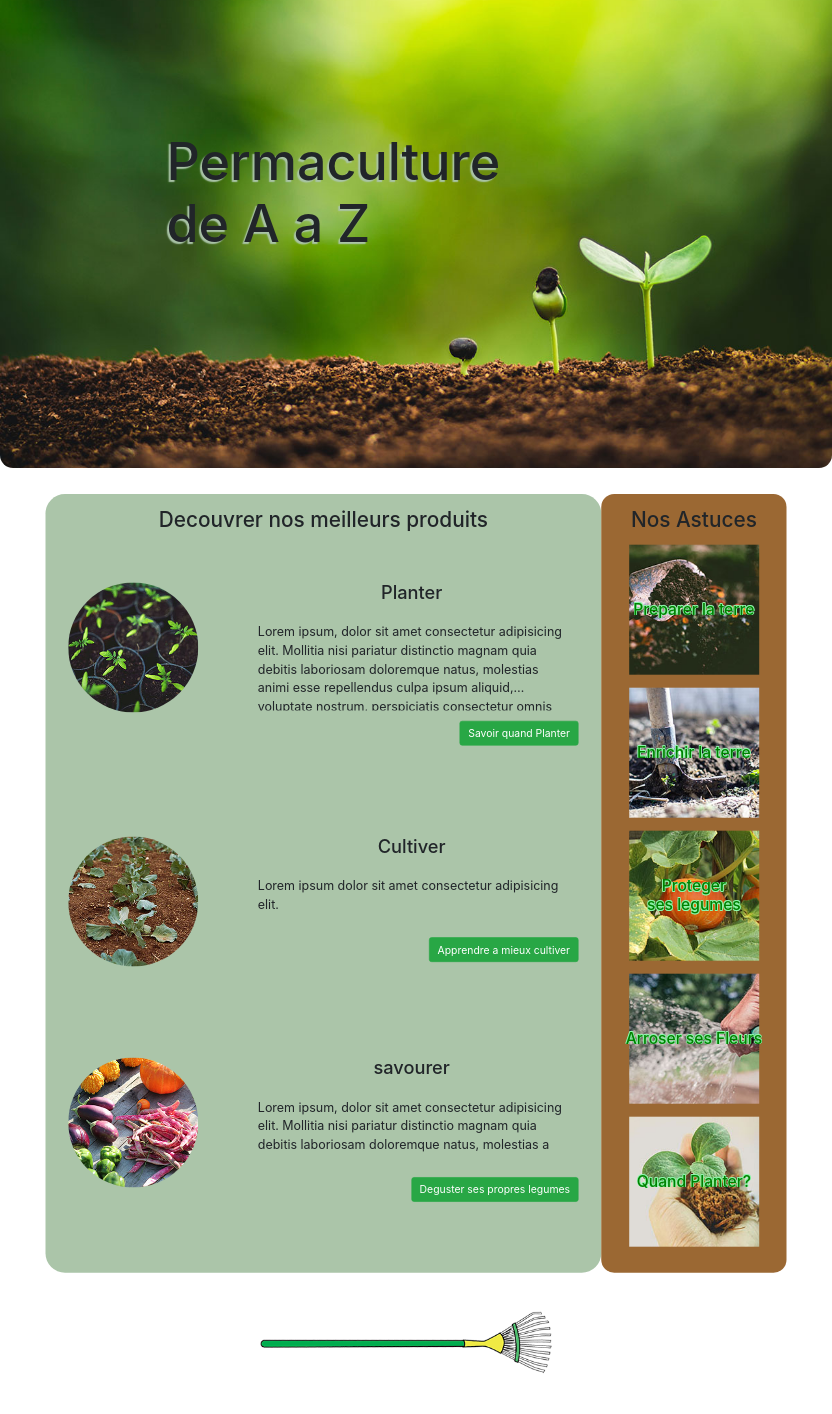
Repository: ahthionkevin/permaculture
Page: index.html
The author's editor kept a copy of each file at every save. The page is drawn from the files as they stood at one save, then again after the next save.
The browser window is 1280 px wide. The pictures show the whole page, at 65% of full size.
Backgrounds fixed to the window are drawn as part of the page.

Above is the page before, as saved 2021-07-06 23:34:17.

### index.html
<!DOCTYPE html>
<html lang="fr">
<head>
    <meta charset="UTF-8">
    <meta http-equiv="X-UA-Compatible" content="IE=edge">
    <meta name="viewport" content="width=device-width, initial-scale=1.0">
    <title>Document</title>
    <link rel="stylesheet" href="./bootstrap.css">
    <link rel="stylesheet" href="./style.css">
</head>
<body>
    <header>
        <h1>Permaculture <br>de A a Z</h1>
    </header>
    <div class="container">
        <div class="row">
            <div class="col-lg-9" id="leftPart">
                <h2>Decouvrer nos meilleurs produits</h2>
                <div class="container">
                    <div class="row element">
                        <div class="col-sm-4">
                            <img src="./media/planter.jpg" alt="planter">
                        </div>
                        <div class="col-sm-8">
                            <h3>Planter</h3>
                            <p>Lorem ipsum, dolor sit amet consectetur adipisicing elit. Mollitia nisi pariatur distinctio magnam quia debitis laboriosam doloremque natus, molestias animi esse repellendus culpa ipsum aliquid, voluptate nostrum, perspiciatis consectetur omnis ipsa beatae? Debitis commodi rem voluptatum porro illo accusantium voluptas.</p>
                            <div class="bouton">
                                <button class="btn btn-success">Savoir quand Planter</button>
                            </div>

                        </div>
                    </div>

                    <div class="row element">
                        <div class="col-sm-4">
                            <img src="./media/cultiver.jpg" alt="cultiver">
                        </div>
                        <div class="col-sm-8">
                            <h3>Cultiver</h3>
                            <p>Lorem ipsum dolor sit amet consectetur adipisicing elit.</p>
                            <div class="bouton">
                                <button class="btn btn-success">Apprendre a mieux cultiver</button>
                            </div>

                        </div>
                    </div>

                    <div class="row element">
                        <div class="col-sm-4">
                            <img src="./media/savourer.jpg" alt="savourer">
                        </div>
                        <div class="col-sm-8">
                            <h3>savourer</h3>
                            <p>Lorem ipsum, dolor sit amet consectetur adipisicing elit. Mollitia nisi pariatur distinctio magnam quia debitis laboriosam doloremque natus, molestias a</p>
                            <div class="bouton">
                                <button class="btn btn-success">Deguster ses propres legumes</button>
                            </div>

                        </div>
                    </div>
                </div>
            </div>

            <div class="col-lg-3" id="rightPart">
                <h2>Nos Astuces</h2>
                <div class="tips" style="background: url(./media/preparer.jpeg) no-repeat 50% 50%;">
                    <h4>Preparer la terre</h4>
                </div>

                <div class="tips" style="background: url(./media/enrichir.jpeg) no-repeat 50% 50%;">
                    <h4>Enrichir la terre</h4>
                </div>

                <div class="tips" style="background: url(./media/proteger.jpg) no-repeat 50% 50%;">
                    <h4>Proteger <br>ses legumes</h4>
                </div>

                <div class="tips" style="background: url(./media/arroser.jpg) no-repeat 50% 50%;">
                    <h4>Arroser ses Fleurs</h4>
                </div>

                <div class="tips" style="background: url(./media/quand-planter.jpeg) no-repeat 50% 50%;">
                    <h4>Quand Planter?</h4>
                </div>
            </div>
        </div>
    </div>

    <div id="transition">
        <img src="./media/transition.png" alt="rateau">
    </div>

</body>
</html>

### style.css
html{
    scroll-behavior: smooth;
}

h2, h3, h4, .nav-item, #transition, footer{
    text-align: center;
}

header{
    background: url(./media/main.jpg) no-repeat fixed 50% 50%;
    background-size: cover;
    height: 100vh;
    border-radius: 0 0 20px 20px;
    margin-bottom: 40px;
}

h1{
    font-size: 5rem;
    padding: 200px 0 0 20%;
    text-shadow: -3px 3px 2px #abc5a9;
    animation: titre ease 3.5s;
}

@keyframes titre {
    0%{
        opacity: 0;
        transform: translate(0px,180px);
    }
    100%{
        opacity: 1;
        transform: translate(0px,0px);
    }
}


/* *******************LEFT PART***************** */
#leftPart{
    background-color: #abc5a9;
    border-radius: 30px;
    padding: 20px;
}

.element{
    padding: 70px 0;
}

.element img{
    border-radius: 50%;
    width: 200px;
}

.element p{
    font-size: 1.2rem;
    display: -webkit-box;
    -webkit-box-orient: vertical;
    -webkit-line-clamp: 4;
    overflow: hidden;
    padding: 20px;
}
.element .bouton{
    text-align: right;
    max-width: 15px 4% 0 0;
}


/* ***************RIGHT PART*********** */
#rightPart{
    background-color: #9b6833;
    border-radius: 20px;
    padding: 20px;
}

.tips{
    height: 200px;
    margin: 20px auto;
    transition: 0.4s ease-out;
}

.tips h4{
    position: relative;
    color: green;
    top: 50%;
    transform: translateY(-50%);
    text-shadow: 1px 1px 0  #8cf5a9,1px -1px 0  #8cf5a9,-1px 1px 0  #8cf5a9,-1px -1px 0  #8cf5a9,1px 0px 0  #8cf5a9,0px 1px 0  #8cf5a9;
}

.tips:hover{
    opacity: 0.7;
    transform: scale(110%);
}


#transition{
    padding: 50px 0;
}

#transition img{

}

Loaded but not shown: bootstrap.css (library)

After the next save:
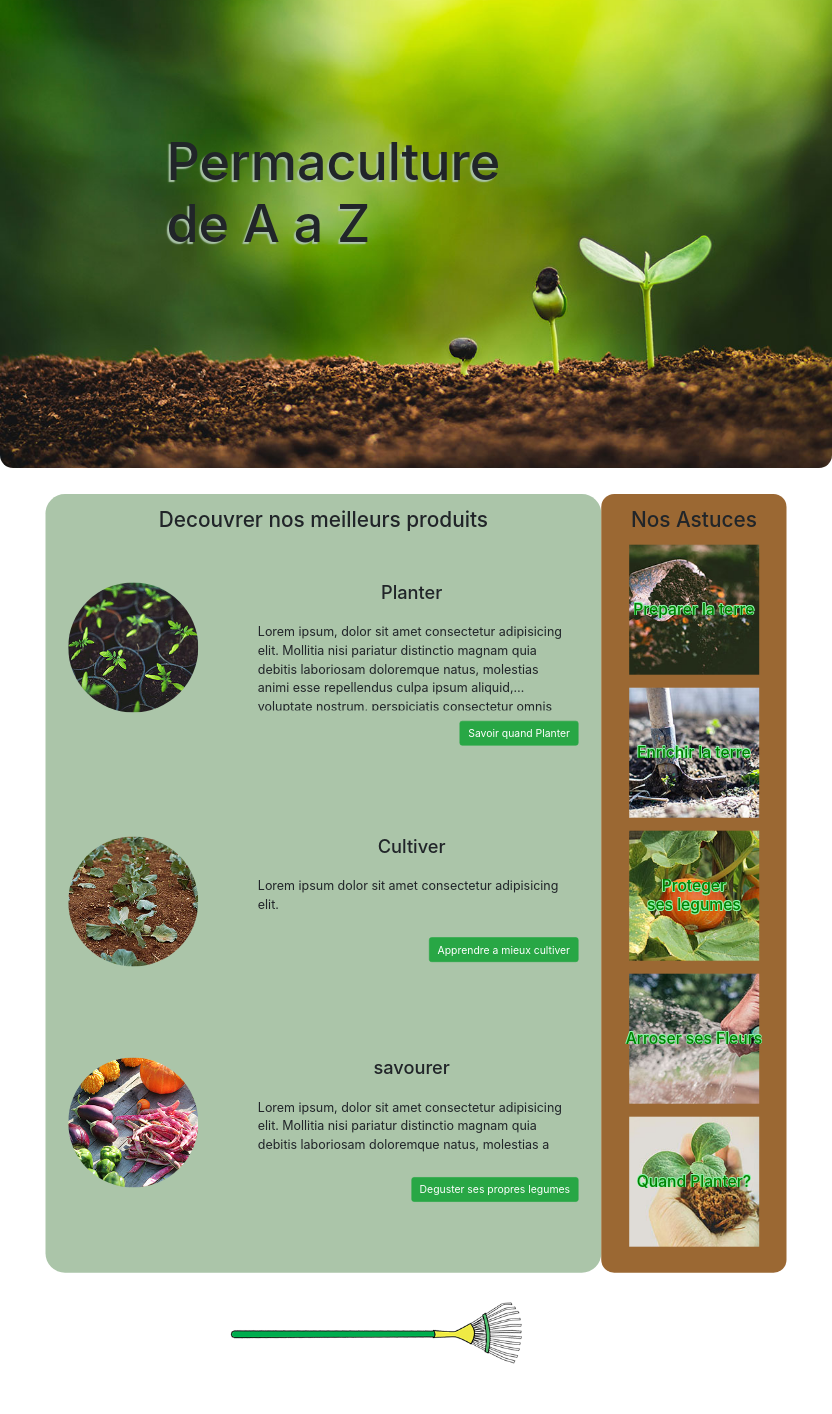
Saved 12 min 4 s later.
--- a/style.css
+++ b/style.css
@@ -95,5 +95,37 @@ h1{
 }
 
 #transition img{
+    animation: rateau linear 4s;
+    animation-iteration-count: infinite;
+    transform-origin: 50% 50%;
+  }
 
-}
+  @keyframes rateau{
+    0% {
+      transform:  translate(0px,0px)  ;
+    }
+    7% {
+      transform:  translate(69px,-8px)  ;
+    }
+    20% {
+      transform:  translate(2px,0px)  ;
+    }
+    31% {
+      transform:  translate(-103px,-32px)  ;
+    }
+    49% {
+      transform:  translate(-49px,-1px)  ;
+    }
+    58% {
+      transform:  translate(42px,35px)  ;
+    }
+    74% {
+      transform:  translate(2px,3px)  ;
+    }
+    82% {
+      transform:  translate(-98px,29px)  ;
+    }
+    100% {
+      transform:  translate(-48px,1px)  ;
+    }
+  }
